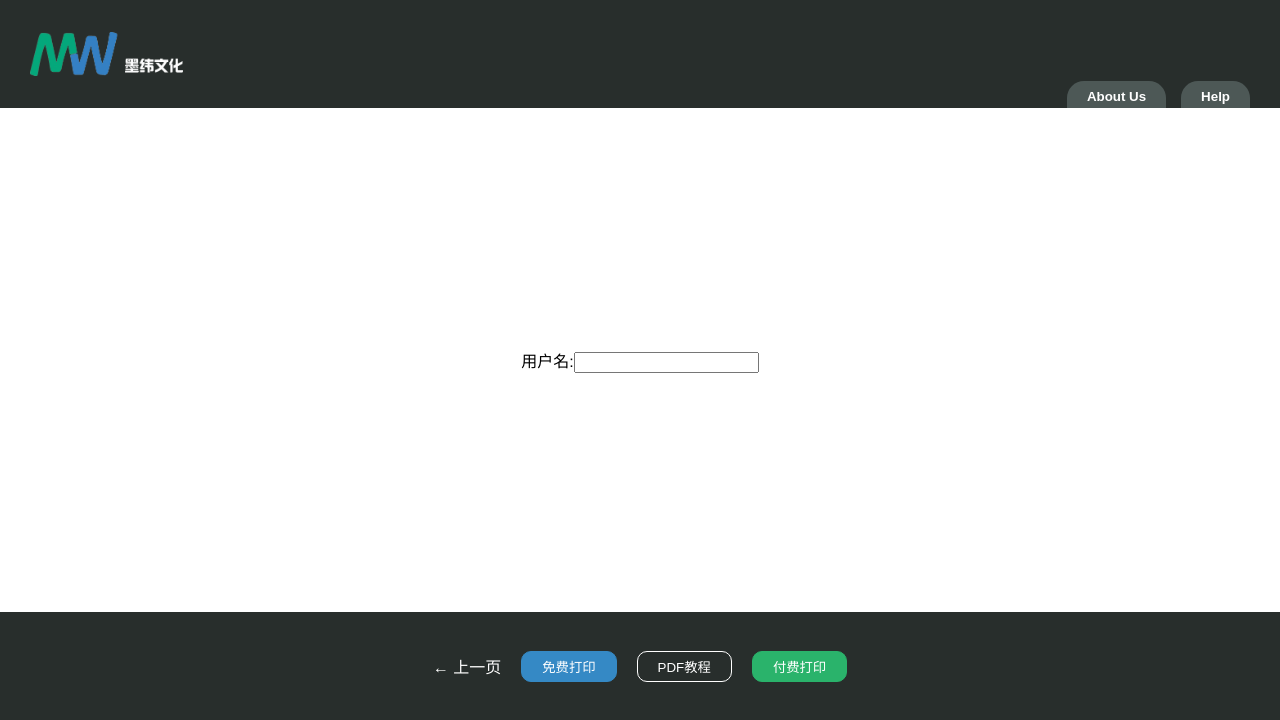
Repository: sucksucksucksuck/mw
Page: /#/register
The author's editor kept a copy of each file at every save. The page is drawn from the files as they stood at one save, then again after a run of saves.
The browser window is 1280 px wide. The pictures show the whole page.
The project was rebuilt for these pictures with package versions that can differ from the ones it lists, and the page was loaded fresh each time. Also part of the build but not shown: webpack.config.js, src/components/HelloWorld.vue, src/components/Suck.vue.

Above is the page before, as saved 2018-04-13 17:05:04.

### index.html
<!DOCTYPE html>
<html>
  <head>
    <meta charset="utf-8">
    <meta name="viewport" content="width=device-width,initial-scale=1.0">
    <title>mw文化</title>
  </head>
  <body>
    <div id="app">

    </div>
  </body>
</html>

### src/App.vue
<template>
  <div id="app">
    <header>
      <img src="./assets/images/logo.png" alt="">
      <div class="btn">
        <button type="button">About Us</button>
        <button type="button">Help</button>
      </div>
    </header>
    <div class="wrap">
        <router-view/>
    </div>
    <footer>
      <div @click='back'>
          ← 上一页
      </div>
          <button type="button" class="free">
              免费打印
            </button>
            <button type="button" class="pdf">
              PDF教程
            </button>
            <button type="button" class="pay">
              付费打印
            </button>
    </footer>
  </div>
</template>

<script>
export default {
  name: 'App',
  methods: {
    back: function () {
      this.$router.go(-1);
    }
  }
}
</script>

<style>
#app {
  font-family: 'Avenir', Helvetica, Arial, sans-serif;
  -webkit-font-smoothing: antialiased;
  -moz-osx-font-smoothing: grayscale;
  text-align: center;
  color: #fff;
  background-color: #282E2C;
  height: 100%;
  display: flex;
  flex-direction: column;
  flex: 1;
  width: 100%;
  overflow: hidden;
  position: absolute;
  top: 0;
  left: 0;
}
header {
  background: #282E2C;
  height: 15%;
  justify-content: space-between;
  align-items: center;
  display: flex;
}
header .btn {
  margin-right: 30px;
  display: flex;
  flex-direction: row;
  justify-content: space-between;
  align-self: flex-end;
}
header .btn button {
  margin-left: 15px;
  border: none;
  background: rgba(225, 255, 255, 0.2);
  color:#fff;
  border-top-left-radius: 17px;
  border-top-right-radius: 17px;
  padding: 8px 20px 4px 20px;
  cursor: pointer;
  outline: none;
  font-weight: 600;
}

.wrap {
  flex:1;
  display: flex;
  background: #fff;
}
header img {
  height: 40%;
  margin-left: 30px;
}
* {
  margin: 0;
}
footer {
  background: #282E2C;
  height: 15%;
  justify-content: center;
  display: flex;
  align-items: center
}
footer div {
  cursor: pointer;
}
footer div:hover {
  color: #3580C4;
}
.free {
  margin-left: 20px;
  border: 1px solid #3589C5;
  background: #3589C5;
  color:#fff;
  border-radius: 10px;
  padding: 5px 20px;
  cursor: pointer;
  outline: none;
}
.pdf {
  margin-left: 20px;
  border: 1px solid #fff;
  box-sizing: content-box;
  background: transparent;
  color:#fff;
  border-radius: 10px;
  padding: 5px 20px;
  cursor: pointer;
  outline: none;
}
.pay {
  margin-left: 20px;
  border: 1px solid #2AB36B;
  background: #2AB36B;
  color:#fff;
  border-radius: 10px;
  padding: 5px 20px;
  cursor: pointer;
  outline: none;
}
</style>

### src/router/index.js
import Vue from 'vue'
import Router from 'vue-router'
import HelloWorld from '@/components/HelloWorld'
import Suck from '@/components/Suck'
import Register from '@/components/Register'
Vue.use(Router)

export default new Router({
  routes: [
    {
      path: '/',
      name: 'HelloWorld',
      component: HelloWorld
    },
    {
      path: '/suck',
      name: 'Suck',
      component: Suck
    },
    {
      path: '/register',
      name: 'Register',
      component: Register
    }
  ]
})

### src/components/Register.vue
<template>
    <!-- <div class="hello">
      <h1>{{ msg }}23234</h1>
    </div> -->
    <div class="register">
      <div class="item">
        <span>用户名:</span>
        <input type="text" name="name">
      </div>
    </div>
  </template>

<script>
export default {
  name: 'Suck',
  data () {
    return {
      msg: 'Suckkkkkkkk'
    }
  }
}
</script>

<!-- Add "scoped" attribute to limit CSS to this component only -->
<style scoped>
.register {
  color: #000;
  display: flex;
  align-items: center;
  justify-content: center;
  flex: 1;
}
</style>

Loaded but not shown: src/main.js (common file)

After the next 2 saves:
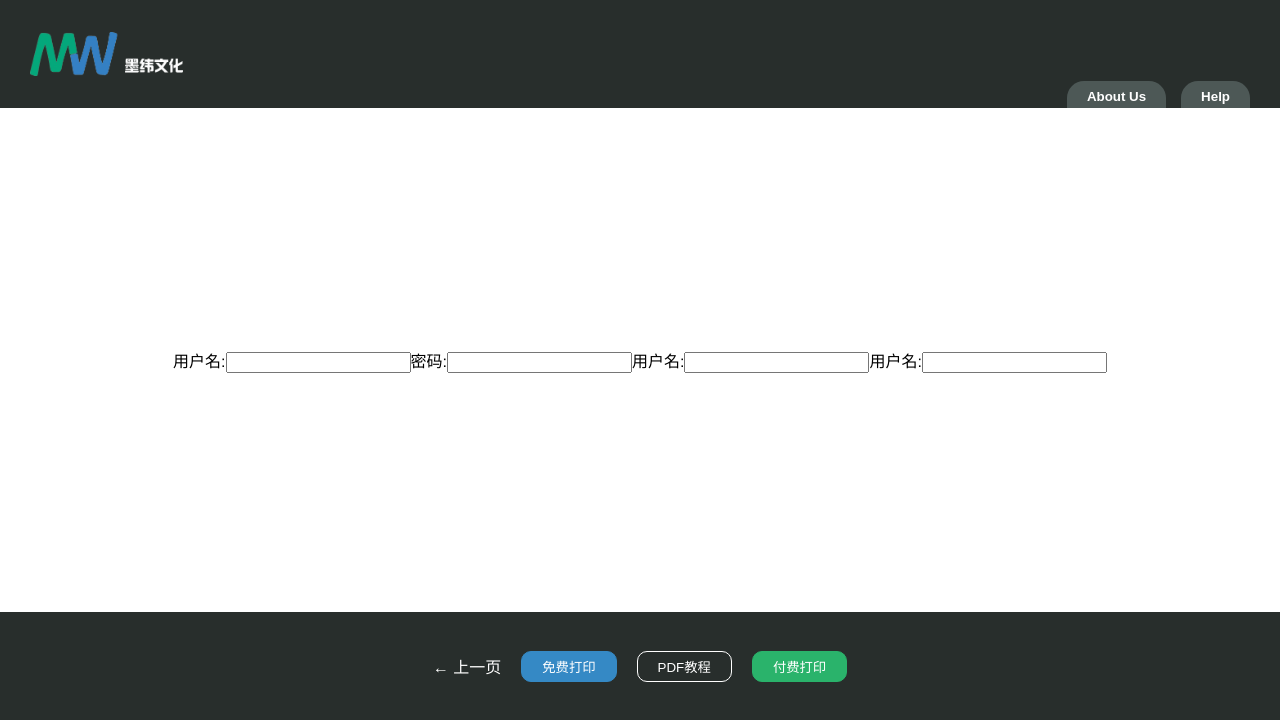
The 2 saves are shown as one change because they came seconds apart.
The last was saved 31 s later.
--- a/src/components/Register.vue
+++ b/src/components/Register.vue
@@ -1,33 +1,47 @@
 <template>
-    <!-- <div class="hello">
+  <!-- <div class="hello">
       <h1>{{ msg }}23234</h1>
     </div> -->
-    <div class="register">
-      <div class="item">
-        <span>用户名:</span>
-        <input type="text" name="name">
-      </div>
+  <div class="register">
+    <div class="item">
+      <span>用户名:</span>
+      <input type="text" name="name">
     </div>
-  </template>
+    <div class="item">
+      <span>密码:</span>
+      <input type="text" name="name">
+    </div>
+    <div class="item">
+      <span>用户名:</span>
+      <input type="text" name="name">
+    </div>
+    <div class="item">
+      <span>用户名:</span>
+      <input type="text" name="name">
+    </div>
+  </div>
+</template>
 
 <script>
-export default {
-  name: 'Suck',
-  data () {
-    return {
-      msg: 'Suckkkkkkkk'
+  export default {
+    name: 'Suck',
+    data() {
+      return {
+        msg: 'Suckkkkkkkk'
+      }
     }
   }
-}
+
 </script>
 
 <!-- Add "scoped" attribute to limit CSS to this component only -->
 <style scoped>
-.register {
-  color: #000;
-  display: flex;
-  align-items: center;
-  justify-content: center;
-  flex: 1;
-}
+  .register {
+    color: #000;
+    display: flex;
+    align-items: center;
+    justify-content: center;
+    flex: 1;
+  }
+
 </style>
